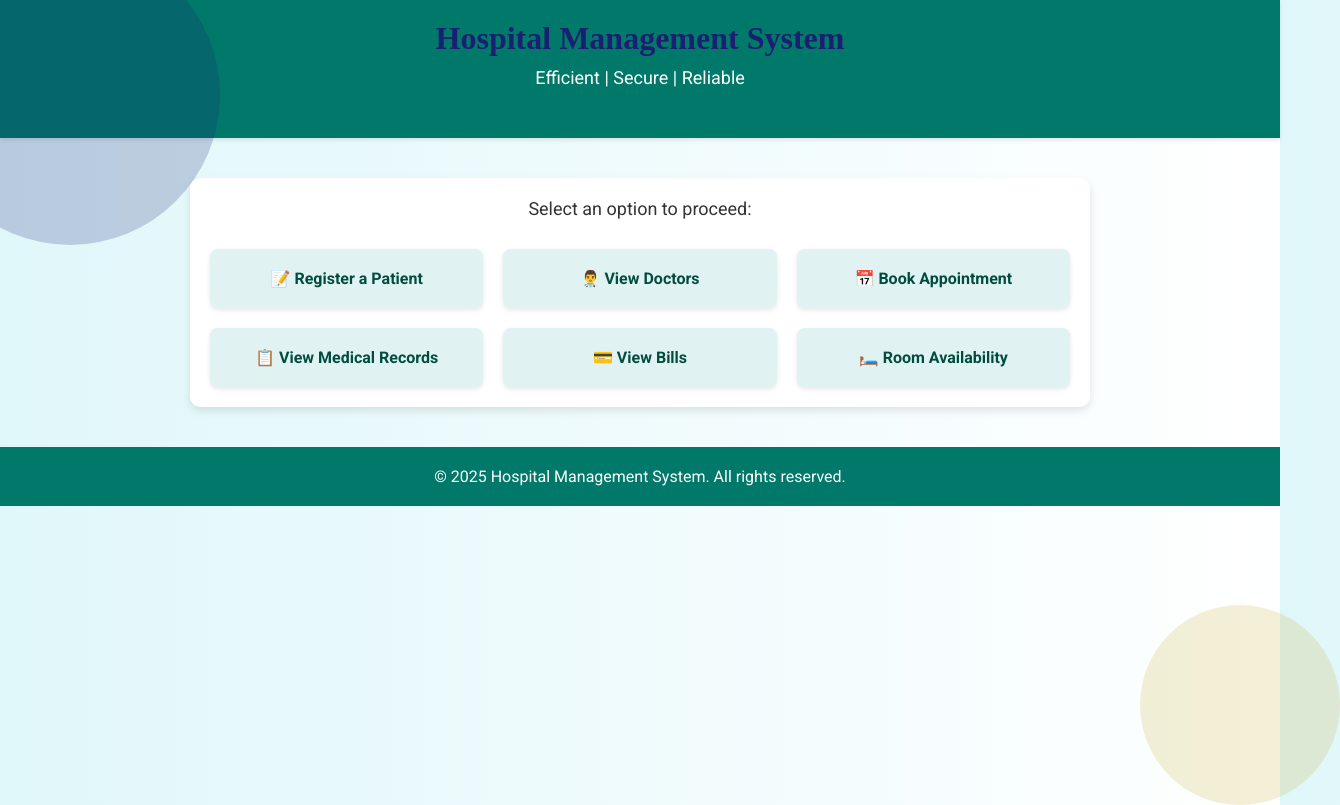
Repository: shreeshskatti/hospital_management_system
Page: http://localhost/
An editor plug-in stored every save of this project. The page is shown before and after the next save, followed by the edit.
The browser window is 1280 px wide. The page is 1340 px wide, so the pictures cover 1340 px, including what lies to the right of the window. The pictures show the whole page.
Some web fonts or font styles are not loaded; a fallback is used. The page is run by PHP 8.4 with error messages shown; the project is at /var/www/html/.

Above is the page before, as saved 2025-05-29 21:18:56.

After the next save:
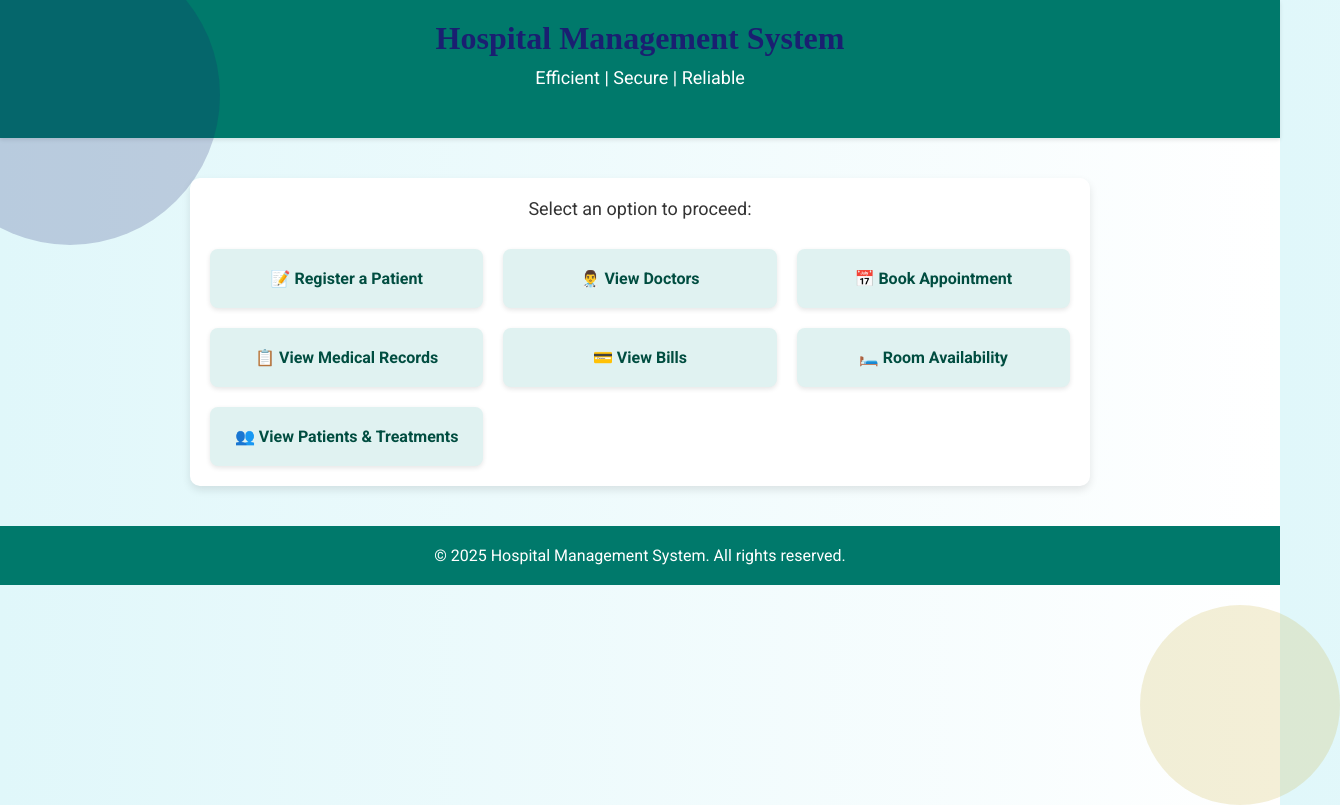
Saved 2 min 22 s later.
--- a/index.php
+++ b/index.php
@@ -87,6 +87,9 @@
       <li><a href="medical_records/view_records.php">📋 View Medical Records</a></li>
       <li><a href="bills/view_bills.php">💳 View Bills</a></li>
       <li><a href="rooms/view_rooms.php">🛏️ Room Availability</a></li>
+
+      <!-- New link for Patients and Treatments -->
+      <li><a href="patients/patients_list.php">👥 View Patients & Treatments</a></li>
     </ul>
   </div>
 
